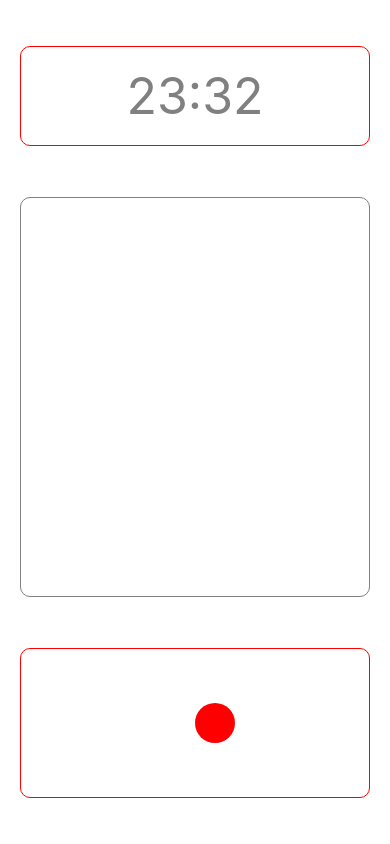
Repository: sonnke/imageResizer
Screen: /
These files come from the project's save history. The screen is drawn as it stood at one moment and after the next save; the edit follows.
The app was drawn by React Native's web renderer in a window 390 px wide. The project was rebuilt for these pictures with package versions that can differ from the ones it lists, and the page was loaded fresh each time.

Above is the screen before, as saved 2020-02-02 14:06:13.

### App.tsx
import React, { useState } from 'react';
import { StyleSheet, Text, View } from 'react-native';
import { Slider } from 'react-native-elements';
import styled from 'styled-components/native';

const MainContainer = styled.View`
  flex: 1;
  flex-direction: column;
  align-items: center;
  justify-content: space-around;
  padding: 20px;
`;

const StopWatch = styled.View`
  width: 100%;
  height: 100px;
  border-width: 1px;
  border-color: red;
  border-radius: 10px;
  justify-content: center;
  align-items: center;
`;

const ImageContainer = styled.View`
  width: 100%;
  height: 400px;
  border-width: 1px;
  border-color: grey;
  border-radius: 10px;
  justify-content: center;
  align-items: center;
`;

const SliderContainer = styled.View`
  width: 100%;
  height: 150px;
  border-width: 1px;
  border-color: red;
  border-radius: 10px;
  justify-content: center;
  align-items: center;
`;

const StopWatchText = styled.Text`
  font-size: 50px;
  color: grey;
`;

export default function App() {
  const [sliderNum, setSliderNum] = useState<number>(0);

  return (
    <MainContainer>
      <StopWatch>
        <StopWatchText>23:32</StopWatchText>
      </StopWatch>
      <ImageContainer></ImageContainer>
      <SliderContainer>
        <Slider
          value={sliderNum}
          onValueChange={value => setSliderNum(value)}
          maximumValue={100}
          animateTransitions={true}
          minimumTrackTintColor={"#808080"}
        />
      </SliderContainer>
    </MainContainer>
  );
}

After the next save:
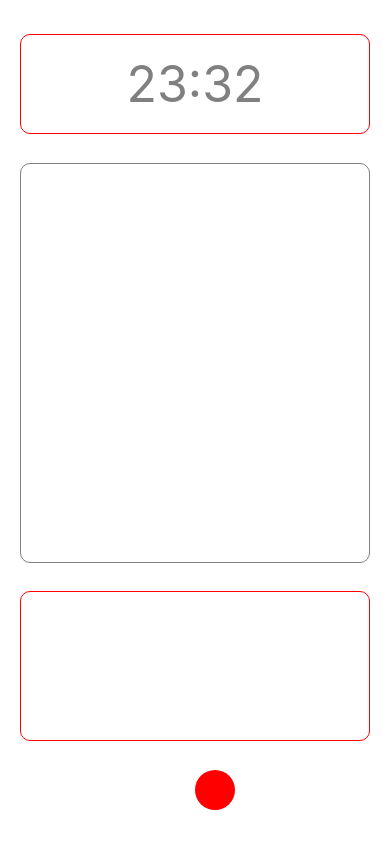
Saved 13 s later.
--- a/App.tsx
+++ b/App.tsx
@@ -55,15 +55,14 @@
         <StopWatchText>23:32</StopWatchText>
       </StopWatch>
       <ImageContainer></ImageContainer>
-      <SliderContainer>
-        <Slider
-          value={sliderNum}
-          onValueChange={value => setSliderNum(value)}
-          maximumValue={100}
-          animateTransitions={true}
-          minimumTrackTintColor={"#808080"}
-        />
-      </SliderContainer>
+      <SliderContainer></SliderContainer>
+      <Slider
+        value={sliderNum}
+        onValueChange={value => setSliderNum(value)}
+        maximumValue={100}
+        animateTransitions={true}
+        minimumTrackTintColor={"#808080"}
+      />
     </MainContainer>
   );
 }

After the save that followed:
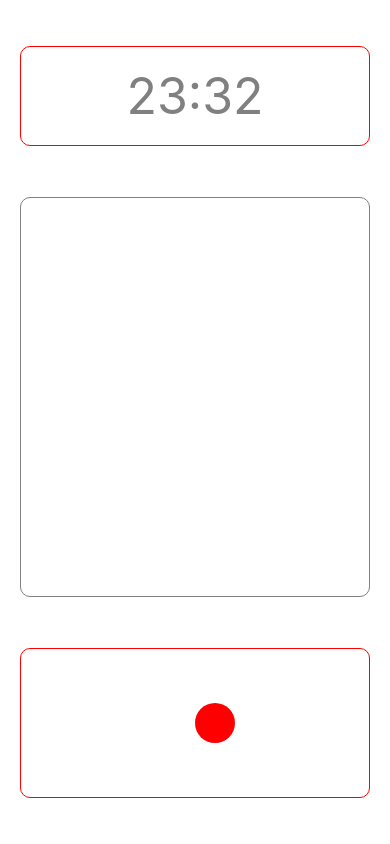
Saved 5 s later.
--- a/App.tsx
+++ b/App.tsx
@@ -55,14 +55,15 @@
         <StopWatchText>23:32</StopWatchText>
       </StopWatch>
       <ImageContainer></ImageContainer>
-      <SliderContainer></SliderContainer>
-      <Slider
-        value={sliderNum}
-        onValueChange={value => setSliderNum(value)}
-        maximumValue={100}
-        animateTransitions={true}
-        minimumTrackTintColor={"#808080"}
-      />
+      <SliderContainer>
+        <Slider
+          value={sliderNum}
+          onValueChange={value => setSliderNum(value)}
+          maximumValue={100}
+          animateTransitions={true}
+          minimumTrackTintColor={"#808080"}
+        />
+      </SliderContainer>
     </MainContainer>
   );
 }
